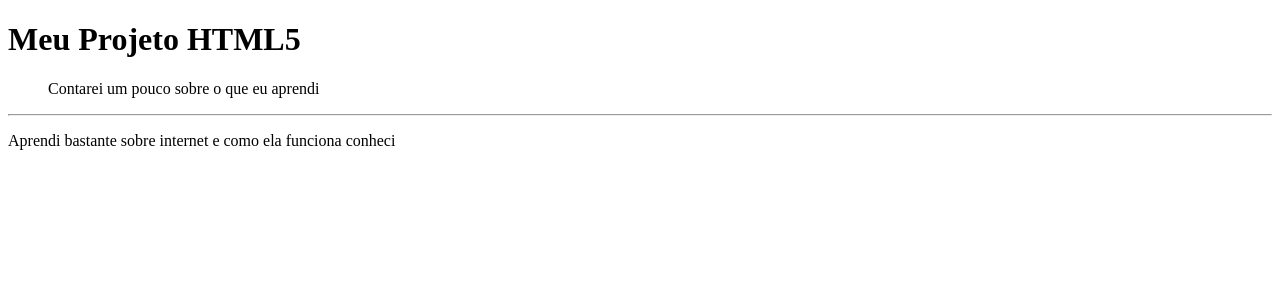
Repository: gustavotwist/meu-html
Page: index.html
These files come from the project's save history. The page is drawn as it stood at one moment and after the next save; the edit follows.
The browser window is 1280 px wide. The pictures show the whole page.

Above is the page before, as saved 2024-04-24 21:55:11.

After the next save:
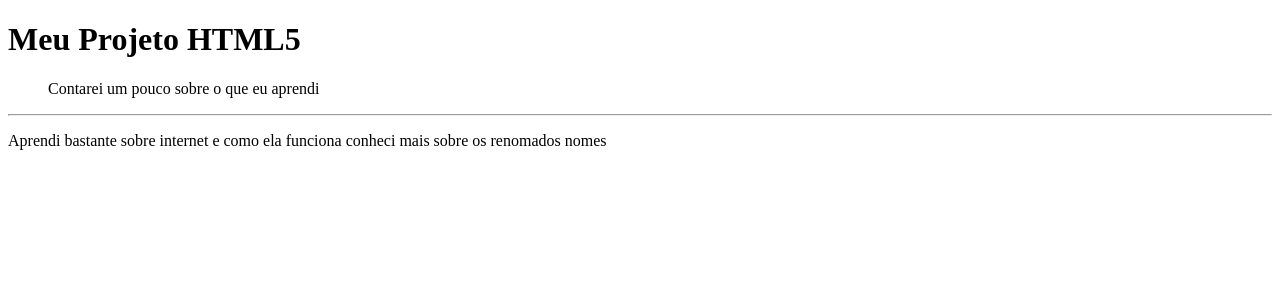
Saved 9 s later.
--- a/index.html
+++ b/index.html
@@ -9,7 +9,7 @@
     <h1>Meu Projeto HTML5</h1>
     <blockquote>Contarei um pouco sobre o que eu aprendi</blockquote><hr>
 
-    <p>Aprendi bastante sobre internet e como ela funciona conheci</p>
+    <p>Aprendi bastante sobre internet e como ela funciona conheci mais sobre os renomados nomes </p>
 
 
 </body>
